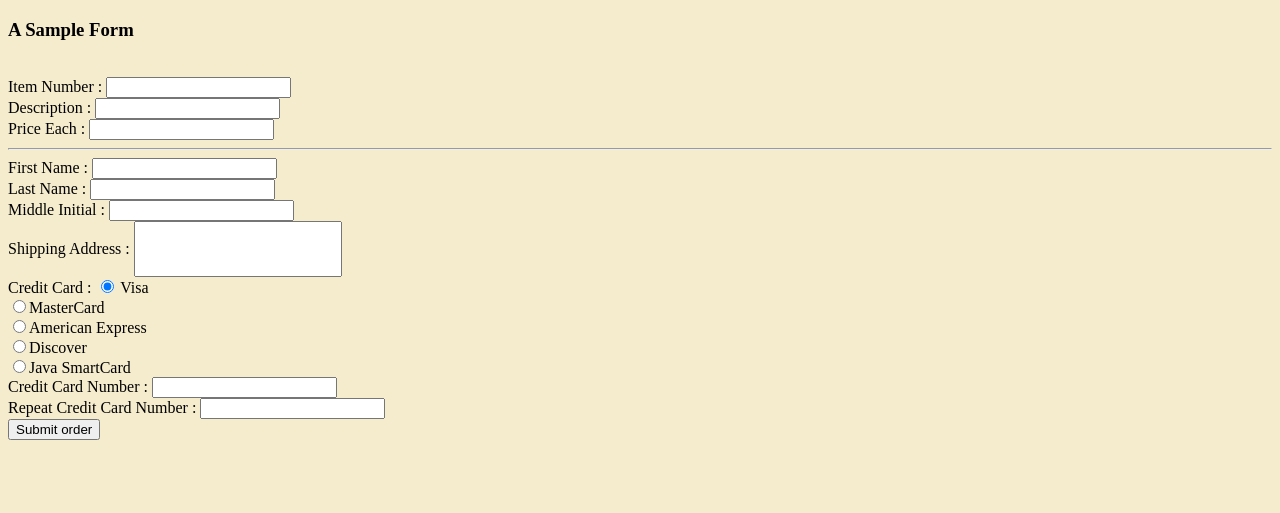
Repository: 2Re-play/Spring_practice
Page: http://localhost/homework01/view/form.jsp
The author's editor kept a copy of each file at every save. The page is drawn from the files as they stood at one save, then again after the next save.
The browser window is 1280 px wide. The pictures show the whole page.
The page is served by Tomcat 9. Other server files are loaded and not shown.

Above is the page before, as saved 2019-10-04 09:35:09.

### homework01/WebContent/view/form.jsp
<%@ page language="java" contentType="text/html; charset=UTF-8"
    pageEncoding="UTF-8"%>
<!DOCTYPE html>
<html>
<head>
<meta charset="UTF-8">
<title>Insert title here</title>
<style>
  body {
  background-color :#F5ECCE;
  }
</style>
</head>
<body>
	<h3> A Sample Form</h3> <br/>
	<form action="/homework01/order" method="post">
	Item Number : <input type="text" name="itemNumber"> <br/>
	Description : <input type="text" name="description"> <br/>
	Price Each : <input type="text" name = "priceEach"> <br/>
	<hr>
	First Name : <input type="text" name = "firstName"> <br/>
	Last Name : <input type="text" name = "lastName"> <br/>
	Middle Initial : <input type="text" name = "middleInitial"> <br/>
	Shipping Address : <input type="text" name = "shippingAddress" style="width:200px; height:50px;"> <br/>
	Credit Card :
	<input type="radio" name="creditCard" value="Visa" checked=""> Visa <br/>
    <input type="radio" name="creditCard" value="MasterCard">MasterCard <br/>
    <input type="radio" name="creditCard" value="American Express">American Express <br/>
    <input type="radio" name="creditCard" value="Discover">Discover <br/>
    <input type="radio" name="creditCard" value="Java SmartCard">Java SmartCard <br/>
    Credit Card Number : <input type="password" name="creditCardNumber"> <br/>
    Repeat Credit Card Number : <input type="password" name="repeatCreditCardNumber"> <br/>
    <input type="submit" value="Submit order">
	</form>
</body>
</html>

After the next save:
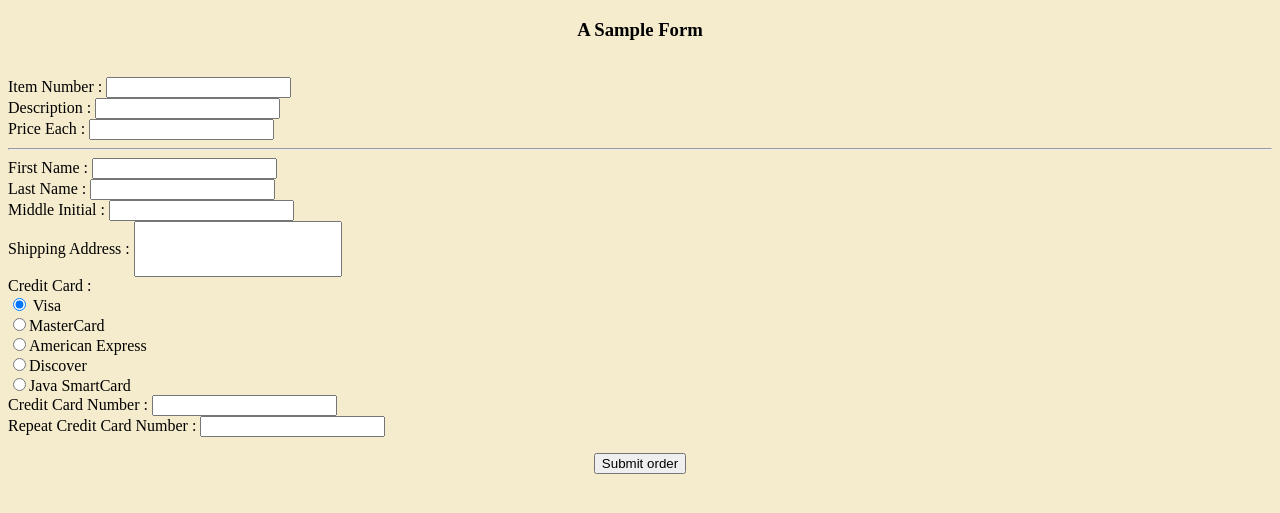
Saved 12 s later.
--- a/homework01/WebContent/view/form.jsp
+++ b/homework01/WebContent/view/form.jsp
@@ -8,6 +8,9 @@
 <style>
   body {
   background-color :#F5ECCE;
+  }
+  h3 {
+  text-align : center;
   }
 </style>
 </head>
@@ -22,7 +25,7 @@
 	Last Name : <input type="text" name = "lastName"> <br/>
 	Middle Initial : <input type="text" name = "middleInitial"> <br/>
 	Shipping Address : <input type="text" name = "shippingAddress" style="width:200px; height:50px;"> <br/>
-	Credit Card :
+	Credit Card :<br/>
 	<input type="radio" name="creditCard" value="Visa" checked=""> Visa <br/>
     <input type="radio" name="creditCard" value="MasterCard">MasterCard <br/>
     <input type="radio" name="creditCard" value="American Express">American Express <br/>
@@ -30,7 +33,9 @@
     <input type="radio" name="creditCard" value="Java SmartCard">Java SmartCard <br/>
     Credit Card Number : <input type="password" name="creditCardNumber"> <br/>
     Repeat Credit Card Number : <input type="password" name="repeatCreditCardNumber"> <br/>
+    <p align ="center">
     <input type="submit" value="Submit order">
+    </p>
 	</form>
 </body>
 </html>
